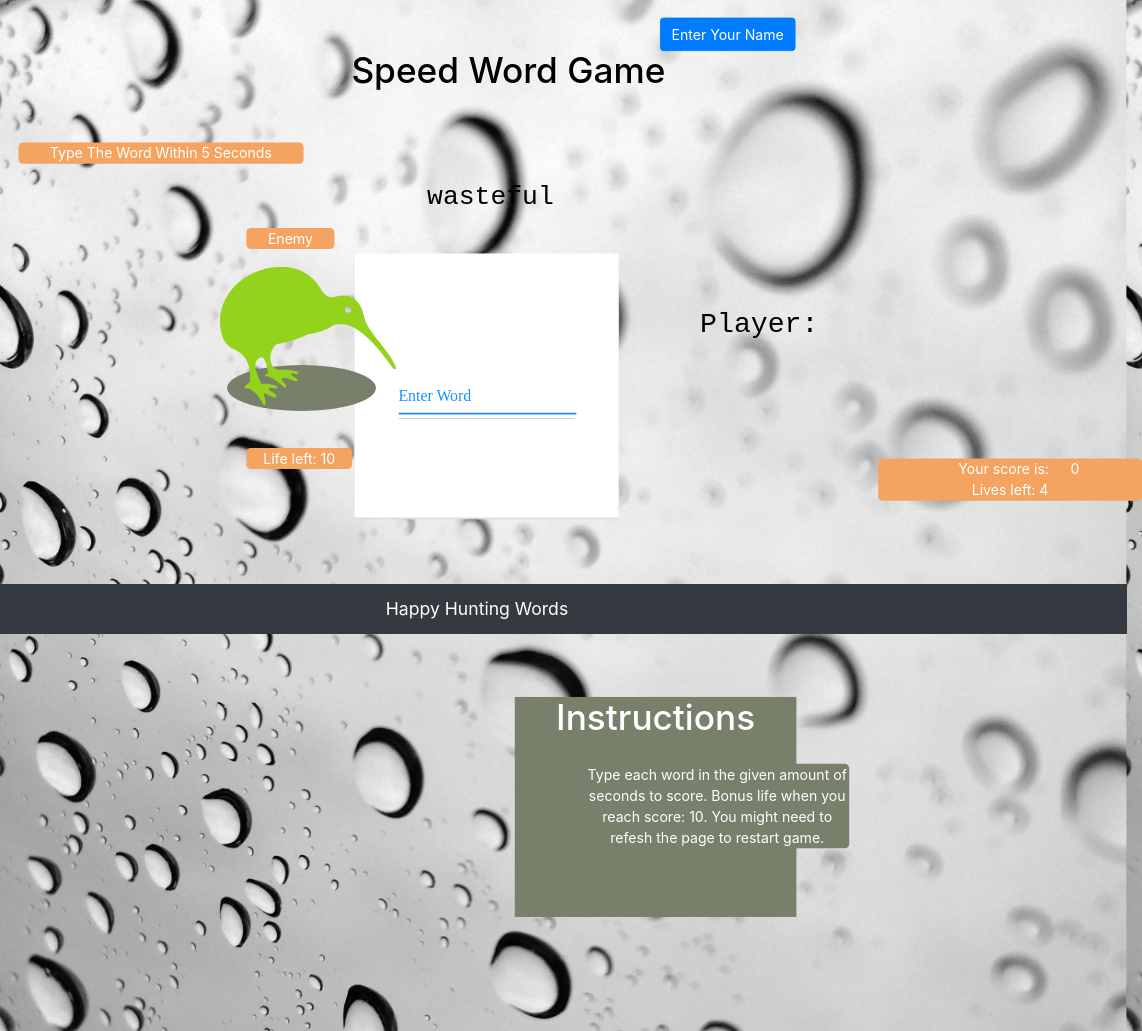
Repository: konstantin0s/word-game-project
Page: modal.html
An editor plug-in stored every save of this project. The page is shown before and after a run of saves, followed by the edit.
The browser window is 1280 px wide. The page is 1298 px wide, so the pictures cover 1298 px, including what lies to the right of the window. The pictures show the whole page, at 88% of full size.
Backgrounds fixed to the window are drawn as part of the page. Some web libraries are served in a nearby version.

Above is the page before, as saved 2019-02-14 11:14:26.

### modal.html
<!DOCTYPE html>
<html lang="en">

<head>

  <meta charset="utf-8">
  <meta name="viewport" content="width=device-width, initial-scale=1, shrink-to-fit=no">
  <meta name="description" content="">
  <meta name="author" content="">

  <title>Speed Word Game</title>
  <!-- <link rel="stylesheet" href="https://maxcdn.bootstrapcdn.com/bootstrap/3.4.0/css/bootstrap.min.css"> -->
  <script src="https://ajax.googleapis.com/ajax/libs/jquery/3.3.1/jquery.min.js"></script>
  <script src="https://maxcdn.bootstrapcdn.com/bootstrap/3.4.0/js/bootstrap.min.js"></script>
  <script src="https://cdnjs.cloudflare.com/ajax/libs/p5.js/0.7.3/p5.js"></script>
  <!-- Bootstrap core CSS -->
  <link href="vendor/bootstrap/css/bootstrap.min.css" rel="stylesheet">

  <!-- Custom styles for this template -->
  <link href="css/the-big-picture.css" rel="stylesheet">
  <link rel="stylesheet" href="css/style.css">

</head>

<body>

  <!-- Navigation -->
  <nav class="navbar navbar-expand-lg navbar-dark bg-dark fixed-bottom">
    <div class="container">
      <a class="navbar-brand" href="#">Happy Hunting Words</a>
      <button class="navbar-toggler" type="button" data-toggle="collapse" data-target="#navbarResponsive" aria-controls="navbarResponsive" aria-expanded="false" aria-label="Toggle navigation">
        <span class="navbar-toggler-icon"></span>
      </button>
      <div class="collapse navbar-collapse" id="navbarResponsive">
      </div>
    </div>
  </nav>



<!-- Button trigger modal -->
<button type="button" id="clearPlayer" class="btn btn-primary" data-toggle="modal" data-target="#exampleModalCenter">
    Enter Your Name
  </button>

  <!-- Modal -->
  <div class="modal fade" id="exampleModalCenter" tabindex="-1" role="dialog" aria-labelledby="exampleModalCenterTitle" aria-hidden="true">
    <div class="modal-dialog modal-dialog-centered" role="document">
      <div class="modal-content">
        <div class="modal-header">
          <h5 class="modal-title" id="exampleModalLongTitle">Player Name</h5>
          <button type="button" class="close" data-dismiss="modal" aria-label="Close">
            <span aria-hidden="true">&times;</span>
          </button>
        </div>
        <div class="modal-body">
            <h3 id="playerN">Enter Your Name</h3>
            <input id="name" onchange="say_hi()">
        </div>
      </div>
    </div>
  </div>
<h2 id="user">
  Player:
</h2>

<div id="output"></div>

  <!-- Page Content -->
  <section>
    <div class="container">
      <div class="row">
        <div class="col-lg-6">
          <h1 class="mt-5">Speed Word Game</h1>
          <p class="type">Type The Word Within
            <span id="sec"></span>
            Seconds</p>
          <div id="wordsDisplay">

          </div>
          <div id="time">
           <p>Time left:</p> <span id="timeLeft"></span>
          </div>
          <div id="userDetails">
             Your score is: <span id="score">0</span><br>
             Lives left: <span id="lives">3</span>
          </div>
          <div class="wrapper">
            <input class="input" id="inputWord" onchange="compareGuess()" placeholder="Enter Word" type="text"  autofocus>
            <span class="underline"></span>
        </div>
        </div>
      </div>
    </div>
  </section>

  <div id="corWrong"></div>

   <p id="messageP"></p>
   <div class="enemy">
    Life left: <span id="enemyLife">10</span>
   </div>
  <svg version="1.1" id="Layer_1" xmlns="http://www.w3.org/2000/svg" xmlns:xlink="http://www.w3.org/1999/xlink" x="0px" y="0px"
  width="612px" height="502.174px" viewBox="0 65.326 612 502.174" enable-background="new 0 65.326 612 502.174"
  xml:space="preserve" class="logo">

<ellipse class="ground" cx="283.5" cy="487.5" rx="259" ry="80"/>
<path class="kiwi" d="M210.333,65.331C104.367,66.105-12.349,150.637,1.056,276.449c4.303,40.393,18.533,63.704,52.171,79.03
 c36.307,16.544,57.022,54.556,50.406,112.954c-9.935,4.88-17.405,11.031-19.132,20.015c7.531-0.17,14.943-0.312,22.59,4.341
 c20.333,12.375,31.296,27.363,42.979,51.72c1.714,3.572,8.192,2.849,8.312-3.078c0.17-8.467-1.856-17.454-5.226-26.933
 c-2.955-8.313,3.059-7.985,6.917-6.106c6.399,3.115,16.334,9.43,30.39,13.098c5.392,1.407,5.995-3.877,5.224-6.991
 c-1.864-7.522-11.009-10.862-24.519-19.229c-4.82-2.984-0.927-9.736,5.168-8.351l20.234,2.415c3.359,0.763,4.555-6.114,0.882-7.875
 c-14.198-6.804-28.897-10.098-53.864-7.799c-11.617-29.265-29.811-61.617-15.674-81.681c12.639-17.938,31.216-20.74,39.147,43.489
 c-5.002,3.107-11.215,5.031-11.332,13.024c7.201-2.845,11.207-1.399,14.791,0c17.912,6.998,35.462,21.826,52.982,37.309
 c3.739,3.303,8.413-1.718,6.991-6.034c-2.138-6.494-8.053-10.659-14.791-20.016c-3.239-4.495,5.03-7.045,10.886-6.876
 c13.849,0.396,22.886,8.268,35.177,11.218c4.483,1.076,9.741-1.964,6.917-6.917c-3.472-6.085-13.015-9.124-19.18-13.413
 c-4.357-3.029-3.025-7.132,2.697-6.602c3.905,0.361,8.478,2.271,13.908,1.767c9.946-0.925,7.717-7.169-0.883-9.566
 c-19.036-5.304-39.891-6.311-61.665-5.225c-43.837-8.358-31.554-84.887,0-90.363c29.571-5.132,62.966-13.339,99.928-32.156
 c32.668-5.429,64.835-12.446,92.939-33.85c48.106-14.469,111.903,16.113,204.241,149.695c3.926,5.681,15.819,9.94,9.524-6.351
 c-15.893-41.125-68.176-93.328-92.13-132.085c-24.581-39.774-14.34-61.243-39.957-91.247
 c-21.326-24.978-47.502-25.803-77.339-17.365c-23.461,6.634-39.234-7.117-52.98-31.273C318.42,87.525,265.838,64.927,210.333,65.331
 z M445.731,203.01c6.12,0,11.112,4.919,11.112,11.038c0,6.119-4.994,11.111-11.112,11.111s-11.038-4.994-11.038-11.111
 C434.693,207.929,439.613,203.01,445.731,203.01z"/>
<filter id="pictureFilter" >
 <feGaussianBlur stdDeviation="15" />
</filter>
</svg>


<div class="instructions">
  <h1>Instructions</h1>
  <p>Type each word in the given amount of seconds to score.
    Bonus life when you reach score: 10.
    You might need to refesh the page to restart game.
  </p>
</div>

  <!-- Bootstrap core JavaScript -->
  <script src="vendor/jquery/jquery.min.js"></script>
  <script src="vendor/bootstrap/js/bootstrap.bundle.min.js"></script>
  <script src="js/main.js"></script>

</body>

</html>

### css/the-big-picture.css
/*!
 * Start Bootstrap - The Big Picture (https://startbootstrap.com/template-overviews/the-big-picture)
 * Copyright 2013-2019 Start Bootstrap
 * Licensed under MIT (https://github.com/BlackrockDigital/startbootstrap-the-big-picture/blob/master/LICENSE)
 */
body {
  background: url('../img/drop.jpg') no-repeat center center fixed;
  -webkit-background-size: cover;
  -moz-background-size: cover;
  background-size: cover;
  -o-background-size: cover;
}

### css/style.css
body {
  margin: 0;
  padding: 0;
  z-index: 40;
  overflow-x: hidden;
}

.container {
  display: flex;
  flex-direction: column;
  justify-content: center;

}

.container .type {
   position: relative;
   top: 20px;
}
.mt-5 {
  color: black;
  text-align: center;
  position: relative;
  top: -30px;
  left: 290px;
}
.wrapper {
  background-color: #FFF;
  border-radius: 2px;
  box-shadow: 0px 2px 1px 0px #DDD;
  box-sizing: border-box;
  height: 300px;
  left: 550px;
  margin: -150px 0 0 -150px;
  position: absolute;
  top: 400px;
  width: 300px;

}

.input {
  background-color: transparent;
  border: none;
  border-bottom: 1px solid #CCC;
  color: #555;
  box-sizing: border-box;
  font-family: 'Arvo';
  font-size: 18px;
  height: 50px;
  left: 50%;
  margin: -25px 0 0 -100px;
  padding: 10px 0px;
  position: relative;
  top: 50%;
  width: 200px;

  &:focus {
    outline: none;
  }
}

input::-webkit-input-placeholder {
  color: #AAA;
}

input:focus::-webkit-input-placeholder {
  color: dodgerblue;
}

.input:focus+.underline {
  transform: scale(1);
}

.underline {
  background-color: dodgerblue;
  display: inline-block;
  height: 2px;
  left: 50px;
  margin-top: -4px;
  position: absolute;
  top: 185px;
  -webkit-transform: scale(0, 1);
  transform: scale(0, 1);
  -webkit-transition: all 0.5s linear;
  transition: all 0.5s linear;
  width: 202px;
}


font {
  color: white;
}

#wordsDisplay {
  position: relative;
  top: 20px;
  left: 387px;
  color: black;
  font-family: 'Courier New', Courier, monospace;
  font-size: 30px;
  width: 305px;
  text-align: center;
}
#userDetails {
  position: relative;
  top: 230px;
 float: right;
 /* left: 500px; */
 left: 740px;
  color: white;
  background-color: sandybrown;
  width: 300px;
  text-align: center;
  border-radius: 5px;
}

#score {
  position: relative;
  top: 0px;
  left: 20px;
  color: white;
  background-color: sandybrown;
}

#time {
  text-align: center;
}

 p {
  position: relative;
  top: 450px;
  left: 385px;
  color: white;
  background-color: sandybrown;
  width: 300px;
  border-radius: 5px;
 }

#timeLeft {
  position: relative;
  top: 400px;
  left: 330px;
  color: white;
  background-color: sandybrown;
}

.sec {
  position: relative;
  top: 400px;
  left: 330px;
  color: white;
  background-color: sandybrown;
  margin: 5px;
}

.type {
  width: 60%;
  text-align: center;
  left: 3px;
}

b {
  color: black;
  text-transform: capitalize;;
}

#user {
  position: relative;
  top: 350px;
  right: 350px;
  float: right;
  color: black;
  font: 33px;
  font-family: 'Courier New', Courier, monospace;
}

#output {
  position: relative;
  color: black;
  float: right;
  right: 250px;
  font-size:28px;
  top: 410px;
}

#playerN {
  color: black;
}

.newP {
  position: relative;
  left: 40px;
  top: 120px;
}

.navbar-brand {
  position: relative;
  left: -90px;
}


@import "compass/css3";

.logo {
  position: relative;
  width: 200px;
  height: 164px;
  left: 250px;
  top: -100px;
}

.kiwi {
  fill: #94d31b;

}
.kiwi:hover {
  fill: #ace63c;
}

.ground {
  fill: #787f6a;
}
.ground:hover {
  filter: url(#pictureFilter);
  fill: #896d3d;
}

#messageP {
  position: relative;
  top: -80px;
  width: 100px;
  left: 280px;
  text-align: center;
}

.instructions {
  background-color: #787f6a;
  width: 25%;
  height: 250px;
  color: white;
  position: relative;
  left: 580px;
  top: 220px;
  margin: 5px;
  text-align: center;
  margin-bottom: 350px;
}

.instructions p {
  background-color: #787f6a;
  position: relative;
  left: 80px;
  top: 20px;
  width: 1005;
  text-align: center;
}

#clearPlayer {
  position: relative;
  top: 20px;
  left: 750px;
}

#corWrong {
  position: relative;
  left: 780px;
  top: 270px;
  color: black;
  font: 30px;
}

#enemyLife {
  color: white;
  background-color: sandybrown;

}
 .enemy {
   left: 280px;
   position: relative;
   top:130px;
   color: white;
   background-color: sandybrown;
   width: 120px;
   text-align: center;
   border-radius: 5px;
 }

#modalContainer {
	background-color:rgba(0, 0, 0, 0.3);
	position:absolute;
  top:0;
	width:100%;
	height:100%;
	left:0px;
	z-index:10000;
  /* background: url('../img/drop.jpg') no-repeat center center fixed;required by MSIE to prevent actions on lower z-index elements */
}

#alertBox {
	position:relative;
  width:43%;
  height: 25%;
	min-height:100px;
  max-height:400px;
	margin-top:50px;
	border:1px solid #fff;
	background-color:#fff;
	background-repeat:no-repeat;
  top:30%;
  left: 500px;
}

#modalContainer > #alertBox {
  position:fixed;
}

#alertBox h1 {
	margin:0;
	font:bold 1em Raleway,arial;
	background-color:#f97352;
  color:#FFF;
  text-align: center;
	border-bottom:1px solid #f97352;
	padding:10px 0 10px 5px;
}

#alertBox p {
 height:50px;
	padding-left:5px;
  padding-top:30px;
  text-align:center;
   vertical-align:middle;
  visibility: hidden;
}

#alertBox #closeBtn {
	display:block;
	position:relative;
	margin:10px auto 10px auto;
  padding:7px;
	border:0 none;
	width:170px;
	text-transform:uppercase;
	text-align:center;
	color:#FFF;
	background-color:#f97352;
	border-radius: 0px;
	text-decoration:none;
  outline:0!important;
} */

/* unrelated styles */

 /* #mContainer {
  position:relative;
	width:600px;
	margin:auto;
	padding:5px;
	border-top:2px solid #fff;
	border-bottom:2px solid #fff;
}

h1,h2 {
	margin:0;
  padding:4px;
}

code {
	font-size:1.2em;
	color:#069;
}

#credits {
	position:relative;
	margin:25px auto 0px auto;
	width:350px;
	font:0.7em verdana;
	border-top:1px solid #000;
	border-bottom:1px solid #000;
	height:90px;
	padding-top:4px;
}

#credits img {
	float:left;
	margin:5px 10px 5px 0px;
	border:1px solid #000000;
	width:80px;
	height:79px;
}

.important {
	background-color:#F5FCC8;
	padding:2px;

}

@media (max-width: 600px)
{
  #alertBox {
	position:relative;
	width:90%;
  top:30%;
}
} */

### js/main.js
function say_hi() {
  var name = document.getElementById("name").value;
  var html = "<b>" + name + "</b> ";
 document.getElementById("output").innerHTML = html;
}

function clearPlayer() {
  document.getElementById("name").value = "";
  var input = document.getElementById("name");
  input.style.visibility = "hidden";
  var playerN = document.getElementById("playerN");
  playerN.style.visibility = "hidden";
  var clearPlayer = document.getElementById("clearPlayer");
  clearPlayer.style.visibility = "hidden";
  var exampleModalCenter = document.getElementById("exampleModalCenter");
  exampleModalCenter.style.visibility = "none";
  var modalContent = document.getElementsByClassName("modal-content");
  modalContent.style.visibility = "hidden";
}

  (function() {
    setInterval(function(){
      clearPlayer();
    }, 10000);
}());

  var wordGeneratorLevel1 = function() {
    setInterval(function(){
      generate();
    }, 5000);
    timer();
  }

  var wordGeneratorLevel2 = function() {
    setInterval(function(){
      generate();
    }, 3000);
    timer();
}

var input = document.getElementById("inputWord");
input.addEventListener('keyup',function(e){
  if (e.keyCode == 13) {
}
});

  var wordsLevel1 = [
    "clever", "amongst", "implementing", "intelectual", "sensual", "amazing", "beautify", "project", "tall",
"curl", "rate", "busy", "unusual", "extend", "exclusive", "ray", "shy", "wasteful", "unbecoming", "fallacious",
"toothbrush", "bounce", "brightwork", "verkrampte", "protectrix", "nudibranch", "grandchild", "newfangled", "flugelhorn", "mythologer"
     ];

     var wordsLevel2 = [
      "jackhammer",
     "brightwork", "verkrampte", "protectrix", "nudibranch", "grandchild", "newfangled", "flugelhorn", "mythologer",
     "pluperfect", "jellygraph", "quickthorn", "rottweiler", "technician", "cowpuncher", "middlebrow",
     "jackhammer", "triphthong", "wunderkind", "dazzlement", "jabberwock", "witchcraft","pawnbroker", "thumbprint", "motorcycle"
       ];


  var randomDiv = document.getElementById("wordsDisplay");
  var addScore = document.getElementById("score");
  var freshLives = document.getElementById("lives");
  var timeLeft = document.getElementById("timeLeft");
  var svgLogo = document.getElementById("Layer_1");
   var messagePlayer = document.getElementById("messageP");
   var corWrong = document.getElementById("corWrong");
   var dinaSec = document.getElementById("sec");
   var enemy = document.getElementById("enemyLife");
  var randomIndex;
  var newText;
  var score = 0;
  var lives = 5;
  var seconds = 5;
  enemyLife = 10;


  function flashLogo() {
    var interval = window.setInterval(function(){
      if(svgLogo.display !== "hidden"){
        svgLogo.style.visibility = "hidden";

      }else{
        svgLogo.style.visibility = "hidden";
      }
  }, 1000);
  }

  function checkLife() {
    if (lives == 0) {
      createCustomAlert(); // game over

      setInterval(function(){
          window.location.href = "http://127.0.0.1:5500/index.html";
      }, 10000);
      score = 0;
      addScore.textContent = "0"
      resetInput();
      lives = 5;
      freshLives.innerHTML = lives;
    }
  }


  function generate() {
   randomIndex = Math.ceil((Math.random() * wordsLevel1.length - 1));
   newText = wordsLevel1[randomIndex];
   randomDiv.innerHTML = newText;

  }

  function generateLevel2() {
    randomIndex = Math.ceil((Math.random() * wordsLevel2.length - 1));
    newText = wordsLevel2[randomIndex];
    randomDiv.innerHTML = newText;
   }

  var flag;
  function compareGuess() {
    var searchWord = document.getElementById("inputWord").value;
    var wordName = document.getElementById("wordsDisplay");
    messagePlayer.innerHTML = "Enemy";
    flag = false;
         if (searchWord == wordName.innerHTML) {
          corWrong.innerHTML = "Correct!!!"
          wordName.style.height = "40px";
           wordName.style.backgroundColor = "yellow";
           score++;
           enemyLife--;
           enemy.innerHTML = enemyLife;
           if (enemyLife == 0) {
            enemy.innerText = "";
           }
           addScore.textContent = score;
           flag = true;
           if (score >= 10 && score <= 11) {
            var audio = new Audio('https://interactive-examples.mdn.mozilla.net/media/examples/t-rex-roar.mp3');
            audio.play();
             lives++
            enemy.innerHTML = enemyLife;
            enemy.innerText = "DeaD";
             freshLives.innerHTML = lives;
            flashLogo();
            messagePlayer.innerHTML = "I'm Outta Here :)";
           }
           clearInterval(timer);
           setInterval(function(){
            wordName.style.backgroundColor = "";
          }, 1500);
          resetInput();
             flag = true;
         } else {
           wordName.style.backgroundColor = "";
         }

         if (flag == false) {
          lives--;
          freshLives.innerHTML = lives;
          corWrong.innerHTML = "Wrong!!!"
          resetInput();
         }
         checkLife();
      }

      function timer() {
        setInterval(function(){
          seconds--;
          dinaSec.innerHTML = seconds;
          timeLeft.innerHTML = seconds;
          if (seconds == 0 && !flag) {
            lives--;
          }
           if(seconds == 0) {
            freshLives.innerHTML = lives;
            seconds = currentLevel + 1;
            dinaSec.innerHTML = seconds;
            timeLeft.innerHTML = seconds;
            checkLife();
            flag = false;
           }
      }, 1000);
      }

 function resetInput() {
  document.getElementById("inputWord").value = "";
  }


  function init() {
    wordGeneratorLevel1();
    lives = 5;
    freshLives.innerHTML = lives;
    messagePlayer.innerHTML = "Enemy";
   }

 window.onload = init;

   var levels = {
    easy: 6,
    medium: 4,
    hard: 2
  }
  var currentLevel = levels.medium;


 var ALERT_TITLE = "Game Over!\n Restart?";
var ALERT_BUTTON_TEXT = "Ok";

if(document.getElementById) {
	window.alert = function(txt) {
    createCustomAlert(txt);
	}
}

function createCustomAlert(txt) {
	d = document;

  if(d.getElementById("modalContainer"))
   return;

	mObj = d.getElementsByTagName("body")[0].appendChild(d.createElement("div"));
	mObj.id = "modalContainer";
	mObj.style.height = d.documentElement.scrollHeight + "px";

	alertObj = mObj.appendChild(d.createElement("div"));
	alertObj.id = "alertBox";
	if(d.all && !window.opera) alertObj.style.top = document.documentElement.scrollTop + "px";
	alertObj.style.left = (d.documentElement.scrollWidth - alertObj.offsetWidth)/2 + "px";
  alertObj.style.visiblity="visible";
  alertObj.style.left="480px";

	h1 = alertObj.appendChild(d.createElement("h1"));
	h1.appendChild(d.createTextNode(ALERT_TITLE));

	msg = alertObj.appendChild(d.createElement("p"));
	//msg.appendChild(d.createTextNode(txt));
  msg.innerHTML = txt;
  audio = new Audio('http://www.project818.com/files/music/TI-Justin-Timberlake-Dead-and-Gone.mp3');
  audio.play();

	btn = alertObj.appendChild(d.createElement("a"));
	btn.id = "closeBtn";
	btn.appendChild(d.createTextNode(ALERT_BUTTON_TEXT));
	btn.href = "#";
	btn.focus();
  btn.onclick = function() { removeCustomAlert();
      audio.pause();
      window.location.href = "http://127.0.0.1:5500/index.html";
    return false; }

	alertObj.style.display = "block";

}

function removeCustomAlert() {
  document.getElementsByTagName("body")[0].removeChild(document.getElementById("modalContainer"));
  window.location.href = "http://127.0.0.1:5500/index.html";

}
function ful(){
alert('Game Over!!!');
}

Loaded but not shown: vendor/bootstrap/css/bootstrap.min.css (library); vendor/jquery/jquery.min.js (library); vendor/bootstrap/js/bootstrap.bundle.min.js (library)

After the next 3 saves:
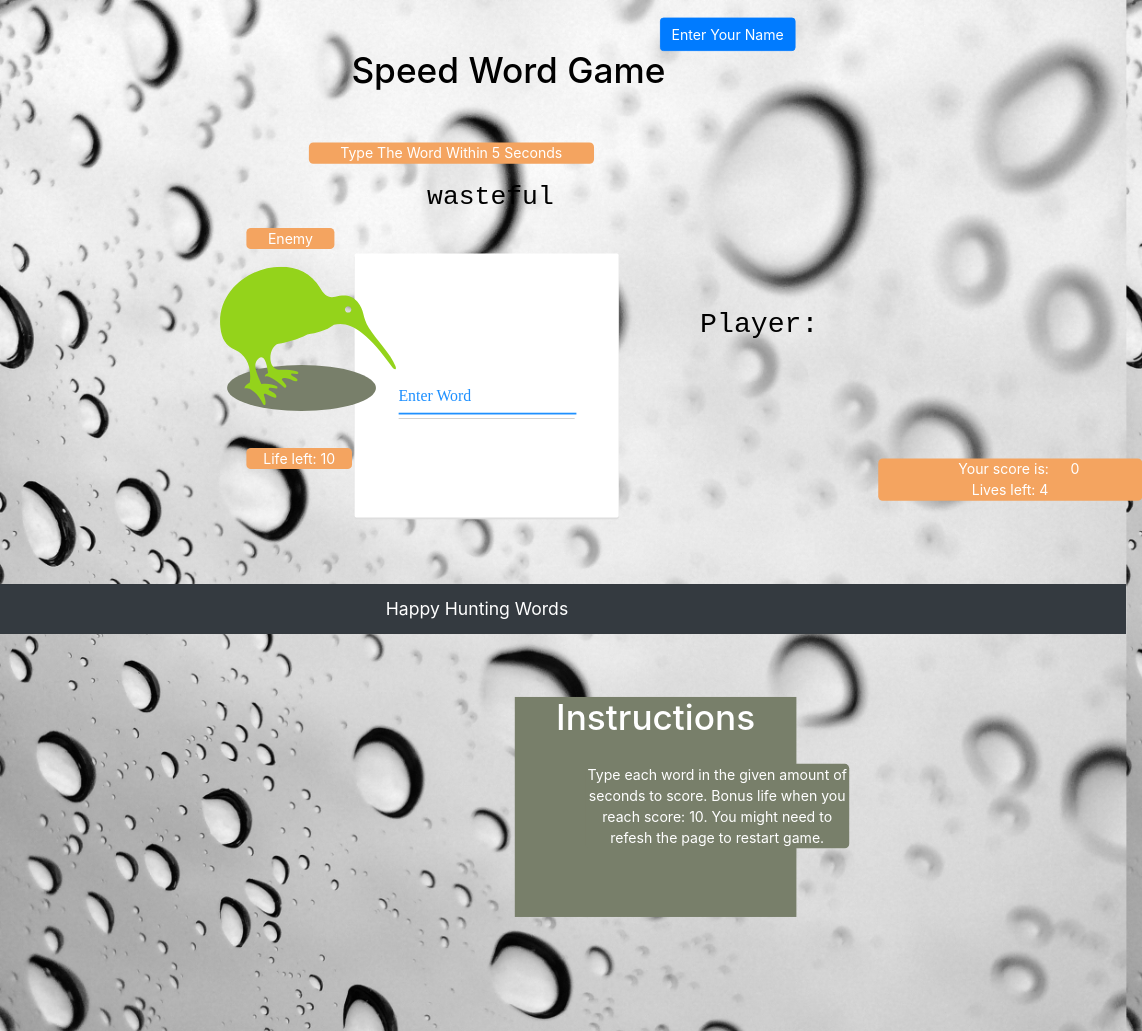
The 3 saves are shown as one change because they came seconds apart.
The last was saved 11 s later.
--- a/css/style.css
+++ b/css/style.css
@@ -155,7 +155,7 @@ font {
 .type {
   width: 60%;
   text-align: center;
-  left: 3px;
+  left: 333px;
 }
 
 b {
